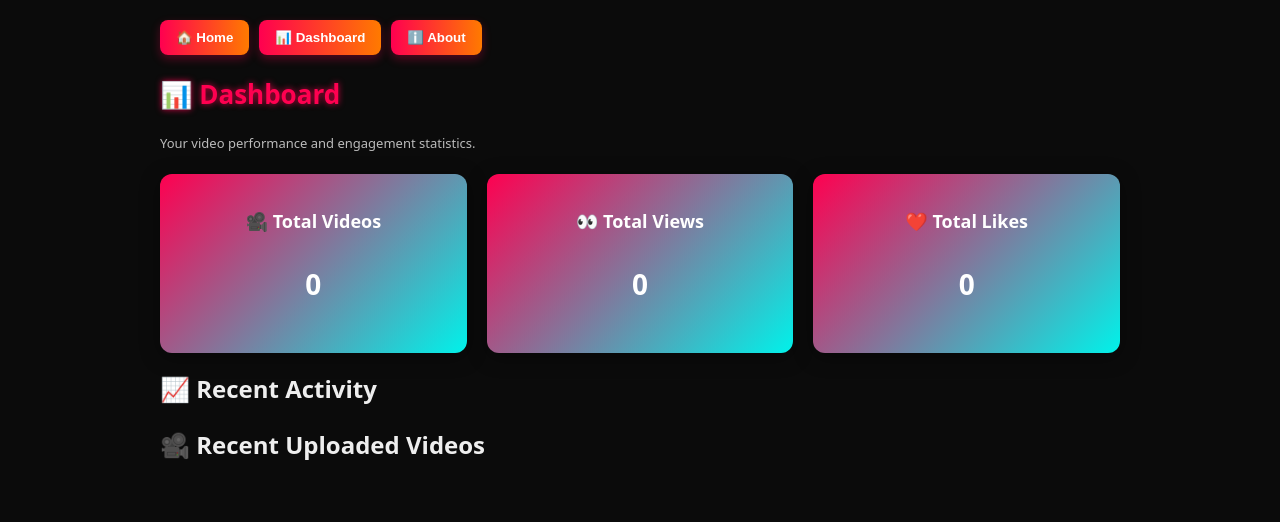
Repository: jhanzaib7510/NewFullTikTok
Page: frontend/dashboard.html
An editor plug-in stored every save of this project. The page is shown before and after the next save, followed by the edit.
The browser window is 1280 px wide. The pictures show the whole page.
The page's requests for data from a server got no answer.

Above is the page before, as saved 2025-08-11 21:39:23.

After the next save:
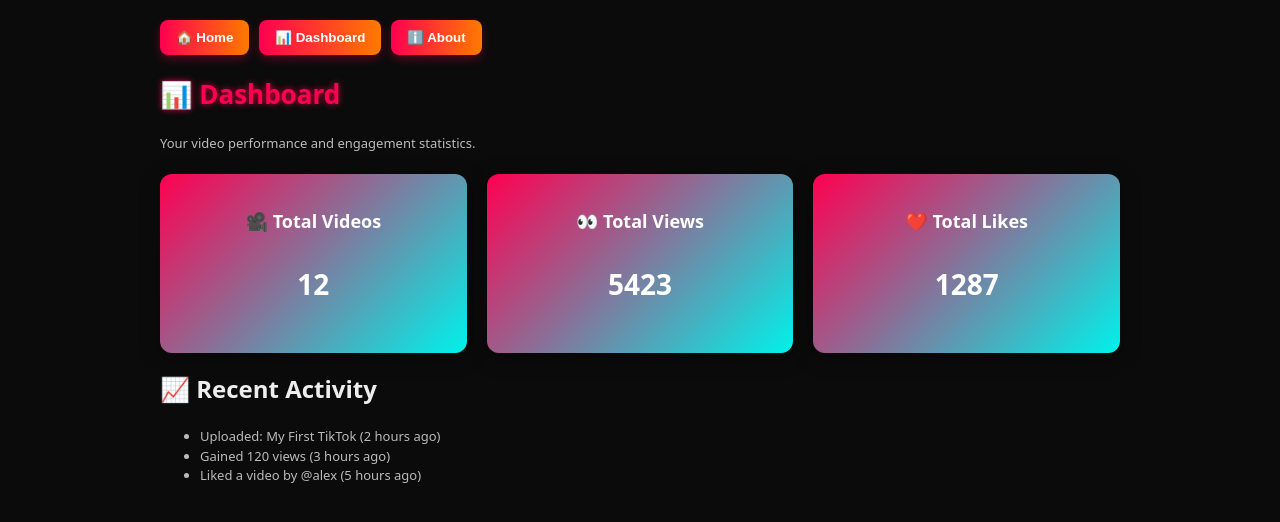
Saved 27 s later.
--- a/frontend/dashboard.html
+++ b/frontend/dashboard.html
@@ -6,37 +6,13 @@
   <title>FTikTok — Dashboard</title>
   <link href="https://fonts.googleapis.com/css2?family=Poppins:wght@400;600;700&display=swap" rel="stylesheet">
   <link rel="stylesheet" href="styles.css" />
-  <style>
-video {
-  display: inline-block;      /* Puts videos next to each other */
-  vertical-align: top;        /* Aligns tops nicely */
-  margin: 10px;               /* Spacing between videos */
-  max-width: 250px;           /* Set a nice max size */
-  width: 100%;                /* Fill available space inside container */
-  height: 180px;              /* Fixed thumbnail height */
-  object-fit: cover;          /* Crop nicely */
-  background: #000;
-  border-radius: 12px;
-  box-shadow: 0 0 15px rgba(0, 242, 234, 0.4);
-  transition: transform 0.3s ease, box-shadow 0.3s ease;
-}
-
-video:hover {
-  transform: scale(1.05);
-  box-shadow: 0 0 25px rgba(255, 0, 80, 0.5);
-}
-
-.video-container {
-  text-align: center;         /* Center all inline videos */
-}
-  </style>
 </head>
-
 <body>
   <div class="container">
     <div class="menu">
       <button onclick="location.href='index.html'">🏠 Home</button>
       <button onclick="location.href='dashboard.html'">📊 Dashboard</button>
+      <!-- <button onclick="document.getElementById('videoInput').click()">⬆️ Upload</button> -->
       <button onclick="alert('FTikTok App by Jhanzaib')">ℹ️ About</button>
     </div>
 
@@ -60,36 +36,20 @@
 
     <h2 style="margin-top:18px;">📈 Recent Activity</h2>
     <ul id="activityLog" class="small"></ul>
-
-    <h2 style="margin-top:18px;">🎥 Recent Uploaded Videos</h2>
-    <div id="videoList" class="video-list"></div>
   </div>
 
   <script>
-    async function loadDashboard() {
-      try {
-        const res = await fetch("http://localhost:5000/dashboard");
-        const data = await res.json();
+    // Example dummy data - replace with backend API calls
+    document.getElementById('totalVideos').textContent = 12;
+    document.getElementById('totalViews').textContent = 5423;
+    document.getElementById('totalLikes').textContent = 1287;
 
-        document.getElementById('totalVideos').textContent = data.totalVideos;
-        document.getElementById('totalViews').textContent = data.totalViews;
-        document.getElementById('totalLikes').textContent = data.totalLikes;
-
-        document.getElementById('activityLog').innerHTML =
-          data.recentActivity.map(item =>
-            `<li>📤 Uploaded: ${item.title} (${item.time})</li>`
-          ).join('');
-
-        document.getElementById('videoList').innerHTML =
-          data.recentActivity.map(item =>
-            `<video src="http://localhost:5000${item.url}" controls></video>`
-          ).join('');
-
-      } catch (err) {
-        console.error("Error loading dashboard:", err);
-      }
-    }
-    loadDashboard();
+    const log = [
+      "Uploaded: My First TikTok (2 hours ago)",
+      "Gained 120 views (3 hours ago)",
+      "Liked a video by @alex (5 hours ago)"
+    ];
+    document.getElementById('activityLog').innerHTML = log.map(item => `<li>${item}</li>`).join('');
   </script>
 </body>
 </html>

After the save that followed:
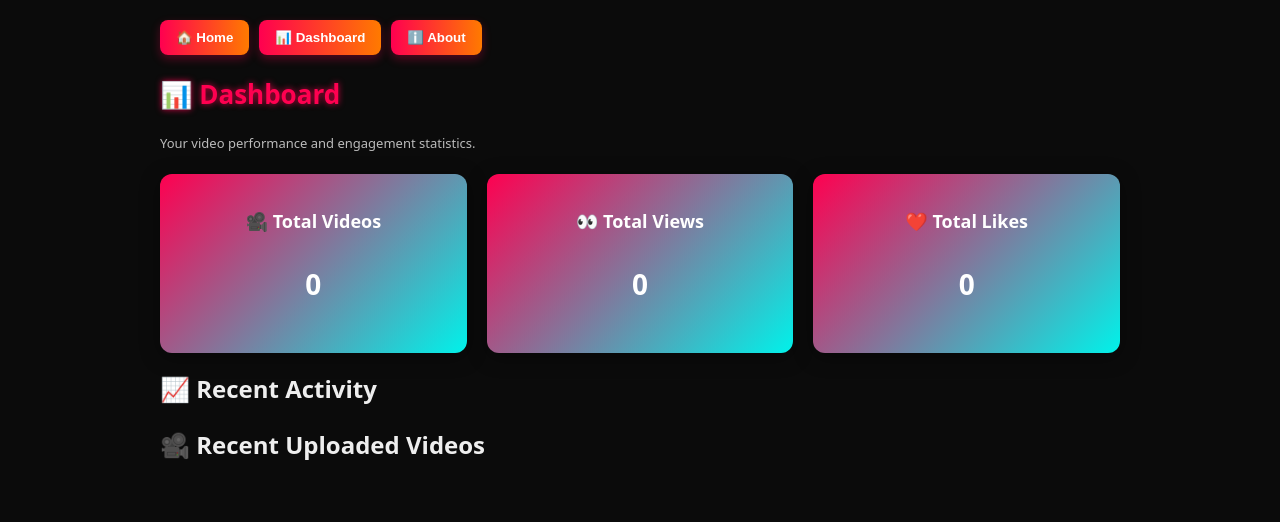
Saved 2 min 1 s later.
--- a/frontend/dashboard.html
+++ b/frontend/dashboard.html
@@ -6,13 +6,37 @@
   <title>FTikTok — Dashboard</title>
   <link href="https://fonts.googleapis.com/css2?family=Poppins:wght@400;600;700&display=swap" rel="stylesheet">
   <link rel="stylesheet" href="styles.css" />
+  <style>
+video {
+  display: inline-block;      /* Puts videos next to each other */
+  vertical-align: top;        /* Aligns tops nicely */
+  margin: 10px;               /* Spacing between videos */
+  max-width: 250px;           /* Set a nice max size */
+  width: 100%;                /* Fill available space inside container */
+  height: 180px;              /* Fixed thumbnail height */
+  object-fit: cover;          /* Crop nicely */
+  background: #000;
+  border-radius: 12px;
+  box-shadow: 0 0 15px rgba(0, 242, 234, 0.4);
+  transition: transform 0.3s ease, box-shadow 0.3s ease;
+}
+
+video:hover {
+  transform: scale(1.05);
+  box-shadow: 0 0 25px rgba(255, 0, 80, 0.5);
+}
+
+.video-container {
+  text-align: center;         /* Center all inline videos */
+}
+  </style>
 </head>
+
 <body>
   <div class="container">
     <div class="menu">
       <button onclick="location.href='index.html'">🏠 Home</button>
       <button onclick="location.href='dashboard.html'">📊 Dashboard</button>
-      <!-- <button onclick="document.getElementById('videoInput').click()">⬆️ Upload</button> -->
       <button onclick="alert('FTikTok App by Jhanzaib')">ℹ️ About</button>
     </div>
 
@@ -36,20 +60,36 @@
 
     <h2 style="margin-top:18px;">📈 Recent Activity</h2>
     <ul id="activityLog" class="small"></ul>
+
+    <h2 style="margin-top:18px;">🎥 Recent Uploaded Videos</h2>
+    <div id="videoList" class="video-list"></div>
   </div>
 
   <script>
-    // Example dummy data - replace with backend API calls
-    document.getElementById('totalVideos').textContent = 12;
-    document.getElementById('totalViews').textContent = 5423;
-    document.getElementById('totalLikes').textContent = 1287;
+    async function loadDashboard() {
+      try {
+        const res = await fetch("http://localhost:5000/dashboard");
+        const data = await res.json();
 
-    const log = [
-      "Uploaded: My First TikTok (2 hours ago)",
-      "Gained 120 views (3 hours ago)",
-      "Liked a video by @alex (5 hours ago)"
-    ];
-    document.getElementById('activityLog').innerHTML = log.map(item => `<li>${item}</li>`).join('');
+        document.getElementById('totalVideos').textContent = data.totalVideos;
+        document.getElementById('totalViews').textContent = data.totalViews;
+        document.getElementById('totalLikes').textContent = data.totalLikes;
+
+        document.getElementById('activityLog').innerHTML =
+          data.recentActivity.map(item =>
+            `<li>📤 Uploaded: ${item.title} (${item.time})</li>`
+          ).join('');
+
+        document.getElementById('videoList').innerHTML =
+          data.recentActivity.map(item =>
+            `<video src="http://localhost:5000${item.url}" controls></video>`
+          ).join('');
+
+      } catch (err) {
+        console.error("Error loading dashboard:", err);
+      }
+    }
+    loadDashboard();
   </script>
 </body>
 </html>
